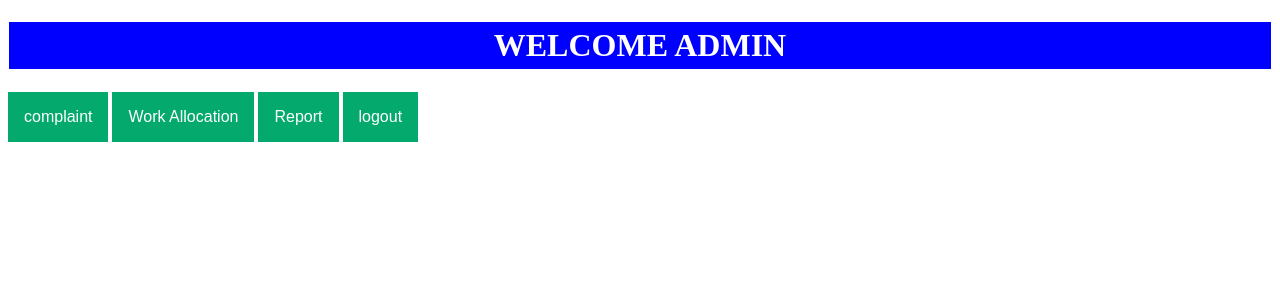
Repository: Jobinte/KSEB-PROJECT
Page: KSEB-complaint-management/WebContent/admin.html
An editor plug-in stored every save of this project. The page is shown before and after the next save, followed by the edit.
The browser window is 1280 px wide. The pictures show the whole page.

Above is the page before, as saved 2023-11-21 09:56:28.

After the next save:
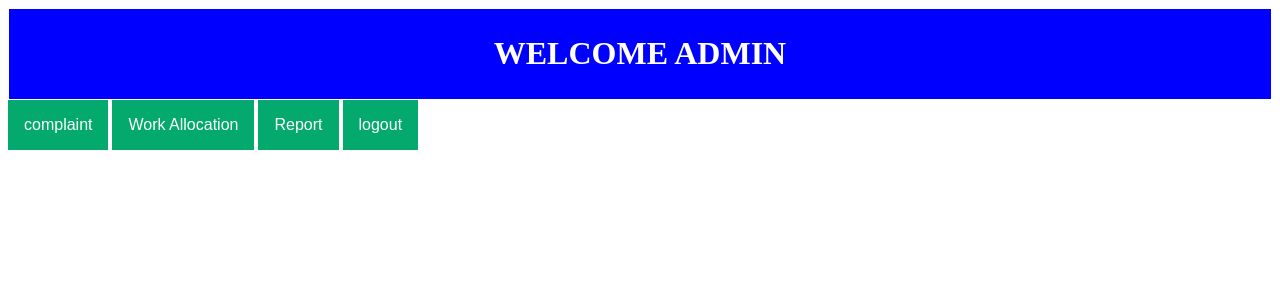
Saved 80 s later.
--- a/KSEB-complaint-management/WebContent/css/admin.css
+++ b/KSEB-complaint-management/WebContent/css/admin.css
@@ -1,4 +1,4 @@
- h1 {
+ .header {
 
             background-color:blue;
             border:1px solid;
